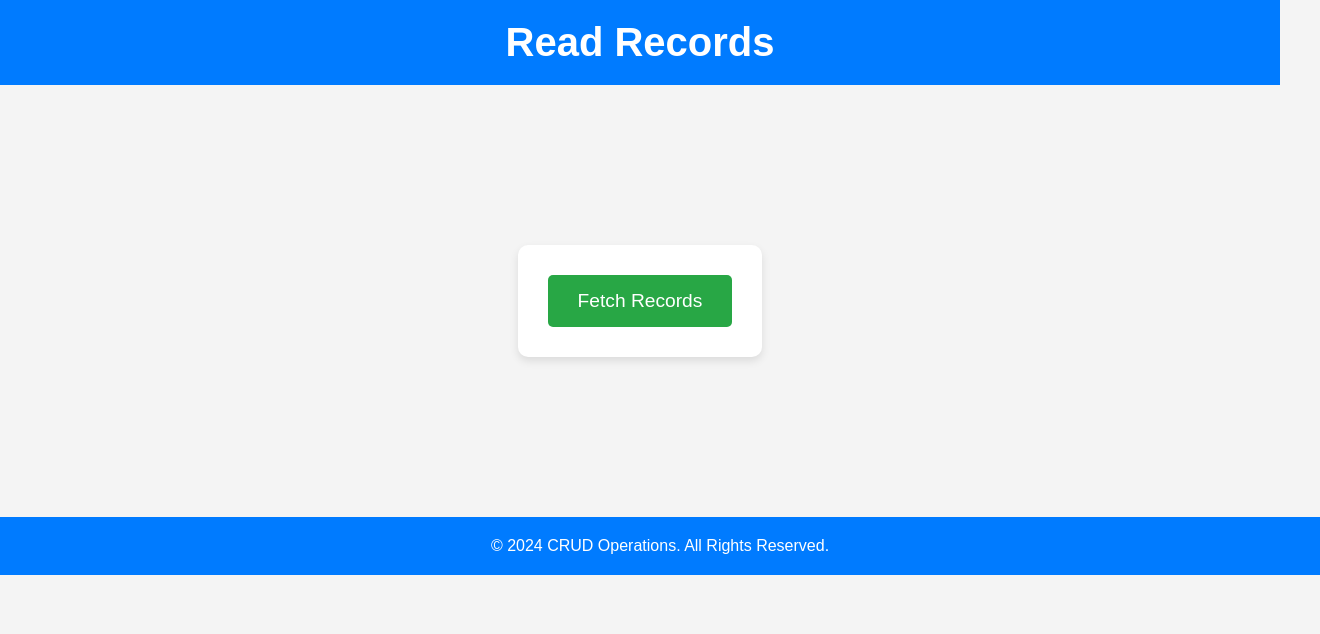
Repository: wmrmweerakoon/Online-Laundry-Management-System
Page: http://localhost/LaundryManagementSystem/Read.jsp
The author's editor kept a copy of each file at every save. The page is drawn from the files as they stood at one save, then again after the next save.
The browser window is 1280 px wide. The page is 1320 px wide, then 1300 px, so the pictures cover 1320 px, including what lies to the right of the window. The pictures show the whole page.
The page is served by Tomcat 9. Other server files are loaded and not shown.

Above is the page before, as saved 2024-10-13 10:28:34.

### Projects/LaundryManagementSystem/src/main/webapp/Read.jsp
<%@ page language="java" contentType="text/html; charset=UTF-8"
    pageEncoding="UTF-8"%>
<!DOCTYPE html>
<html lang="en">
<head>
    <meta charset="UTF-8">
    <meta name="viewport" content="width=device-width, initial-scale=1.0">
    <title>Read Records</title>
    <link rel="stylesheet" href="CSS/Read.css">
</head>
<body>
    <header>
        <div class="header-content">
            <h1>Read Records</h1>
        </div>
    </header>

    <section class="read-section">
        <form action="ReadServlet" method="post">
            <button type="submit" class="button-read">Fetch Records</button>
        </form>
    </section>

    <footer>
        <p>&copy; 2024 CRUD Operations. All Rights Reserved.</p>
    </footer>
</body>
</html>

### Projects/LaundryManagementSystem/src/main/webapp/CSS/Read.css
/* General Styles */
body {
    font-family: Arial, sans-serif;
    background-color: #f4f4f4; /* Light gray background */
    margin: 0;
    padding: 0;
}

/* Header Styles */
.header-content {
    background-color: #007BFF; /* Blue background */
    color: white; /* White text */
    padding: 20px;
    text-align: center;
}

.header-content h1 {
    margin: 0;
    font-size: 2.5em; /* Increase font size */
}

/* Read Section Styles */
.read-section {
    display: flex;
    justify-content: center;
    align-items: center;
    height: 60vh; /* Take up a portion of the viewport height */
}

.read-section form {
    background-color: white; /* White background for the form */
    padding: 30px;
    border-radius: 10px; /* Rounded corners */
    box-shadow: 0 4px 8px rgba(0, 0, 0, 0.1); /* Subtle shadow effect */
}

.button-read {
    background-color: #28a745; /* Green background */
    color: white; /* White text */
    padding: 15px 30px; /* Padding for the button */
    border: none;
    border-radius: 5px; /* Rounded corners */
    font-size: 1.2em; /* Increase font size */
    cursor: pointer; /* Pointer cursor on hover */
    transition: background-color 0.3s; /* Smooth transition for hover effect */
}

.button-read:hover {
    background-color: #218838; /* Darker green on hover */
}

/* Footer Styles */
footer {
    text-align: center;
    padding: 20px;
    background-color: #007BFF; /* Blue background */
    color: white; /* White text */
    position: relative; /* Position for footer */
    bottom: 0;
    width: 100%; /* Full width */
}

footer p {
    margin: 0; /* Remove default margin */
}

After the next save:
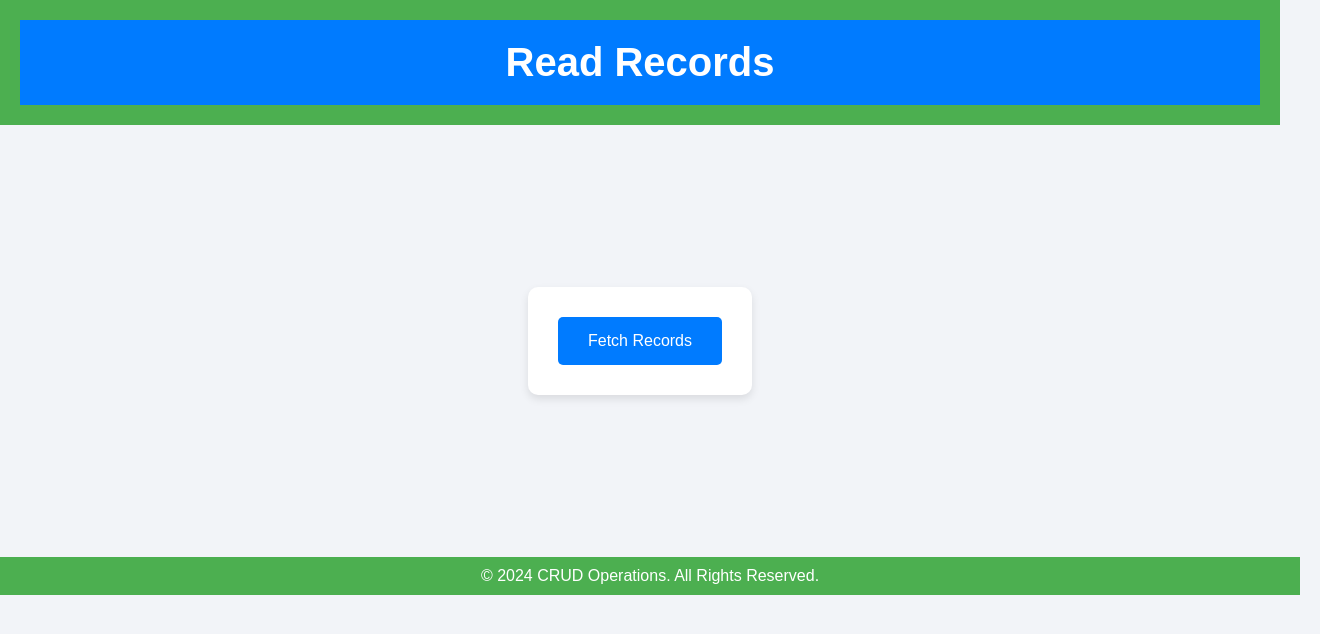
Saved 79 s later.
--- a/Projects/LaundryManagementSystem/src/main/webapp/Read.jsp
+++ b/Projects/LaundryManagementSystem/src/main/webapp/Read.jsp
@@ -7,6 +7,59 @@
     <meta name="viewport" content="width=device-width, initial-scale=1.0">
     <title>Read Records</title>
     <link rel="stylesheet" href="CSS/Read.css">
+    <style>
+        /* Styles for the entire body */
+        body {
+            font-family: 'Arial', sans-serif;
+            margin: 0;
+            padding: 0;
+            background-color: #f2f4f8;
+        }
+
+        /* Header styles */
+        header {
+            background-color: #4CAF50; /* Green background */
+            color: white;
+            padding: 20px;
+            text-align: center;
+        }
+
+        /* Read section styles */
+        .read-section {
+            display: flex;
+            justify-content: center; /* Center the button horizontally */
+            align-items: center; /* Center the button vertically */
+            height: 60vh; /* Set height for centering */
+        }
+
+        /* Button styles */
+        .button-read {
+            background-color: #007bff; /* Blue background */
+            color: white;
+            border: none;
+            border-radius: 5px;
+            padding: 15px 30px;
+            font-size: 16px;
+            cursor: pointer;
+            transition: background-color 0.3s, transform 0.3s; /* Transition for effects */
+        }
+
+        .button-read:hover {
+            background-color: #0056b3; /* Darker blue on hover */
+            transform: scale(1.05); /* Slightly enlarge on hover */
+        }
+
+        /* Footer styles */
+        footer {
+            text-align: center;
+            padding: 10px;
+            background-color: #4CAF50; /* Match header */
+            color: white;
+            position: relative;
+            bottom: 0;
+            width: 100%;
+        }
+    </style>
 </head>
 <body>
     <header>
